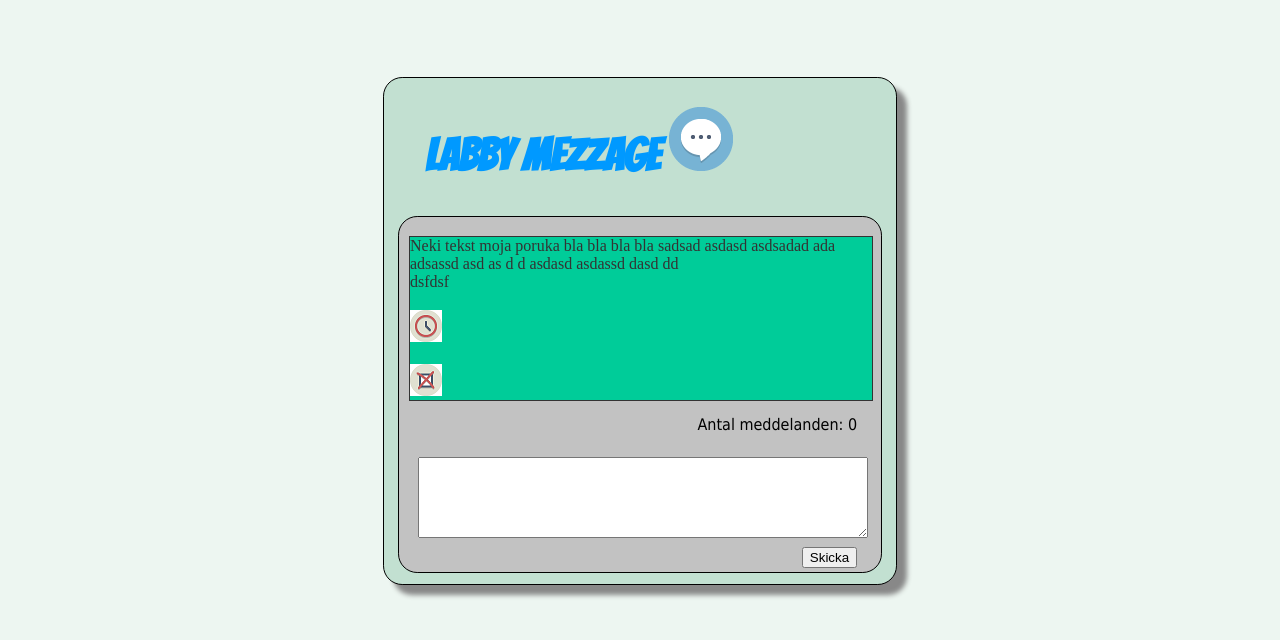
Repository: jb223cp/1dv403-laborationer
Page: 2-labbymezzage/index.html
The author's editor kept a record of every edit. The page is drawn from the files as they stood at one moment, then again after the next edit.
The browser window is 1280 px wide. The pictures show the whole page.

Above is the page before.
Console error: ReferenceError: Message is not defined

After the next edit:
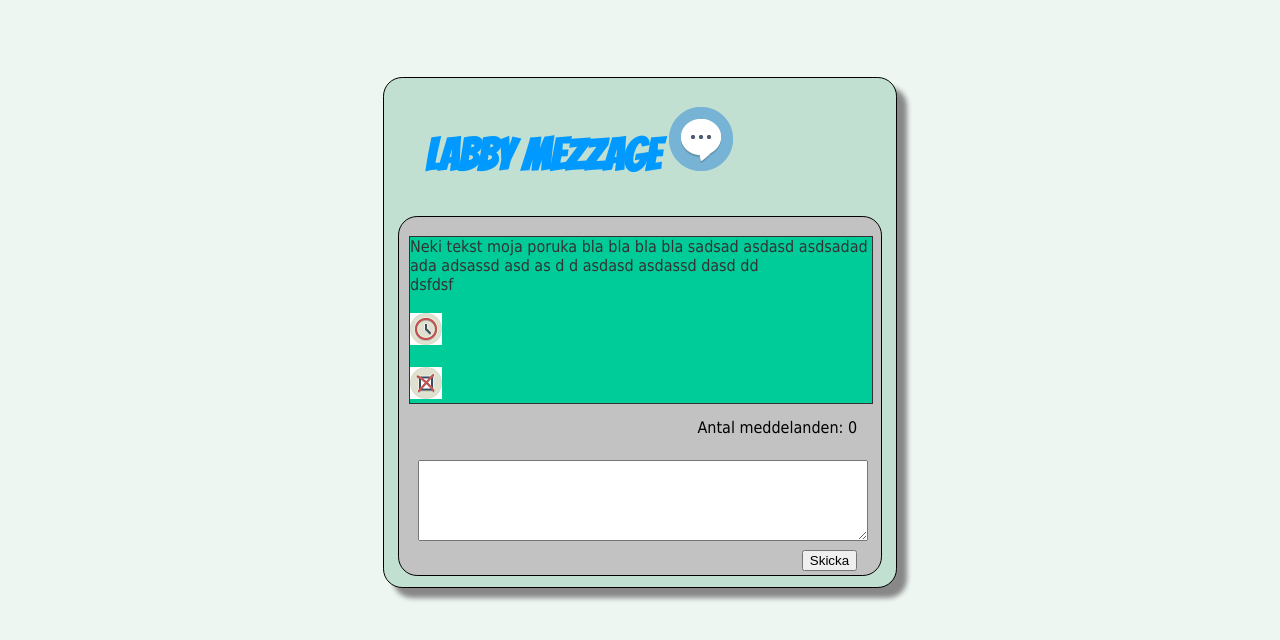
The edit:
--- a/2-labbymezzage/main.css
+++ b/2-labbymezzage/main.css
@@ -79,6 +79,7 @@
     margin-left:2%;
     margin-right:2%;
     color:#333333;
+     font-family:tahoma;
 }
 label{
     float:right;
